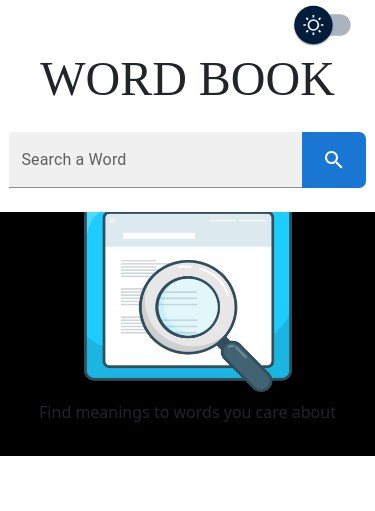
Repository: marveldev/my-dictionary
Page: /
The author's editor kept a copy of each file at every save. The page is drawn from the files as they stood at one save, then again after the next save.
The browser window is 375 px wide. The pictures show the whole page.
The project was rebuilt for these pictures with package versions that can differ from the ones it lists, and the page was loaded fresh each time. Also part of the build but not shown: src/components/themeSwitcher/MUISwitch.jsx.

Above is the page before, as saved 2022-05-29 18:55:19.

After the next save:
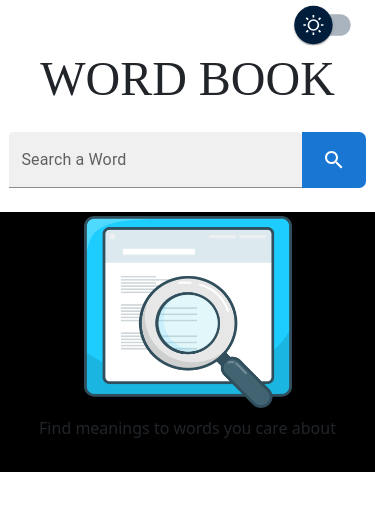
Saved 5 s later.
--- a/src/index.css
+++ b/src/index.css
@@ -117,7 +117,7 @@ button:active {
   }
 
   .output {
-    margin-top: 12em;
+    margin-top: 13em;
   }
 
   .definition-header {
